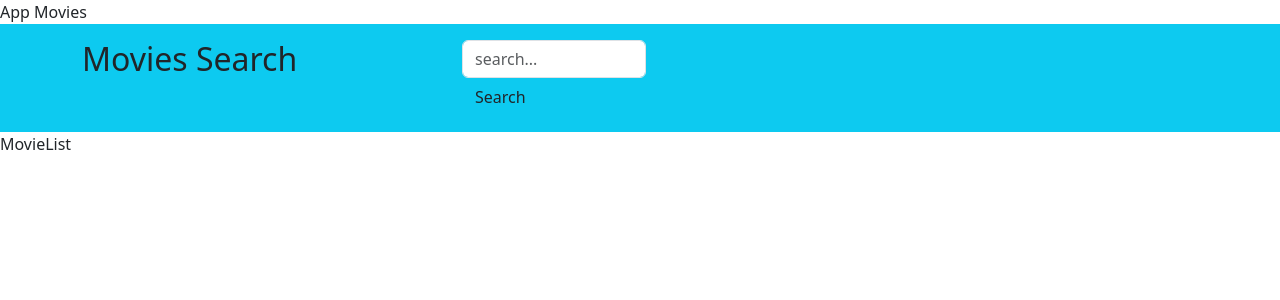
Repository: saargold/reactTest
Page: /movies
An editor plug-in stored every save of this project. The page is shown before and after the next save, followed by the edit.
The browser window is 1280 px wide. The pictures show the whole page.
The project was rebuilt for these pictures with package versions that can differ from the ones it lists, and the page was loaded fresh each time. Also part of the build but not shown: src/App.css, src/api/Apicomp.js.

Above is the page before, as saved 2022-09-07 12:47:04.

### src/App.js
import logo from './logo.svg';
import './App.css';
import Apicomp from './api/Apicomp';
import AppMovies from './components/AppMovies';
function App() {
  return (
    <div className="App">
    {/* <Apicomp/> */}
    <AppMovies/>
    </div>
  );
}

export default App;

### src/components/AppMovies.js
import React from 'react'
import { MoviesInput } from '../input/MoviesInput'
import { MovieList } from './MovieList'

function AppMovies() {
  return (
    <div>
      App Movies
      <MoviesInput/>
      <MovieList/>
    </div>
  )
}

export default AppMovies

### src/input/MoviesInput.js
import React from 'react'

export const MoviesInput = (props) => {
  return (
    <div className='container-fluid bg-info p-3'>
    <div className='container'>
    <div className="row">
        <div className='col-lg-4'>
            <h2>Movies Search</h2>
        </div>
        <div className='col-lg-8'>
            <input placeholder='search...' type="search" className='form-control w-25'/>
            <button className='btn btn-date'>Search</button>
        </div>
    </div>

    </div>


    </div>
  )
}

### src/components/MovieList.js
import React from 'react'

export const MovieList = (props) => {
  return (
    <div>MovieList</div>
  )
}

Loaded but not shown: public/index.html (common file); src/index.js (common file); src/index.css (common file); src/reportWebVitals.js (common file)

After the next save:
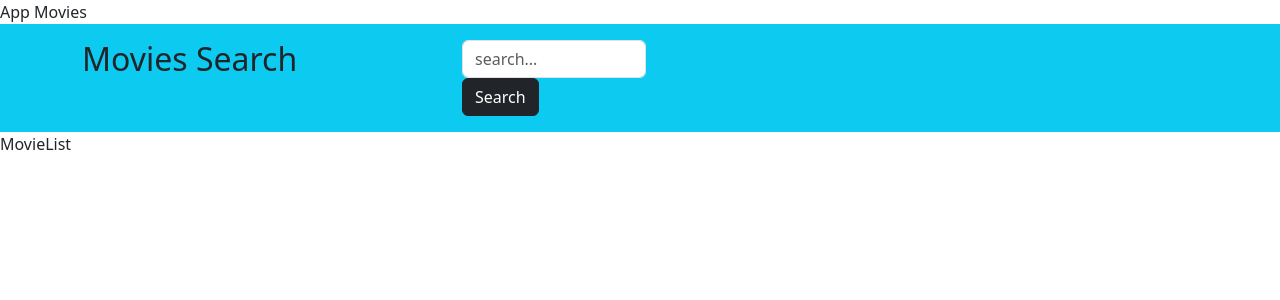
Saved 21 s later.
--- a/src/input/MoviesInput.js
+++ b/src/input/MoviesInput.js
@@ -10,7 +10,7 @@ export const MoviesInput = (props) => {
         </div>
         <div className='col-lg-8'>
             <input placeholder='search...' type="search" className='form-control w-25'/>
-            <button className='btn btn-date'>Search</button>
+            <button className='btn btn-dark'>Search</button>
         </div>
     </div>
 
